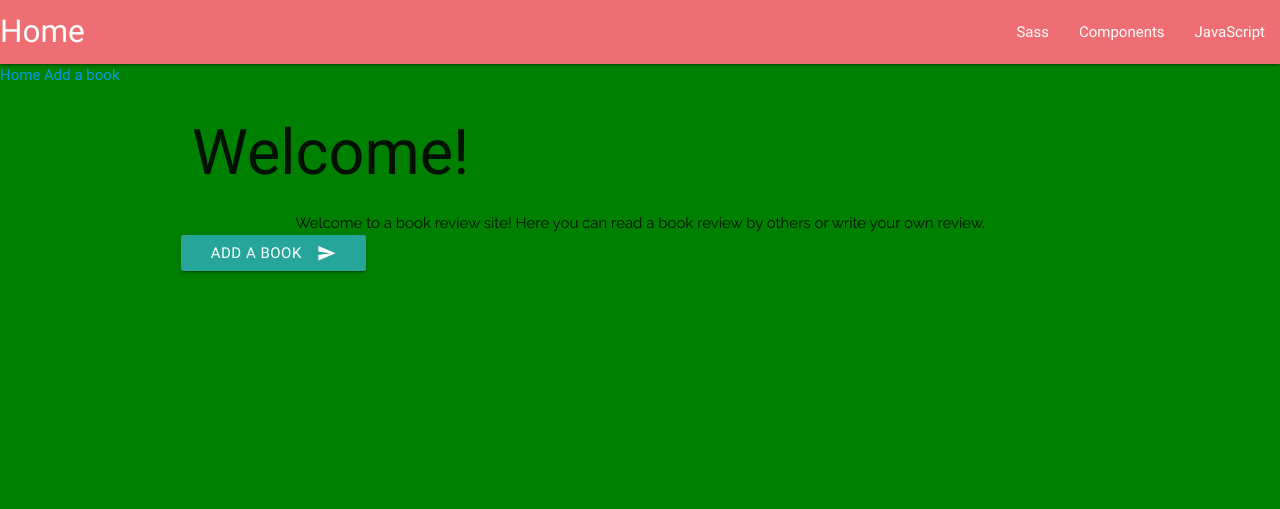
Repository: h8130084/bookReview
Page: http://localhost/
The author's editor kept a record of every edit. The page is drawn from the files as they stood at one moment, then again after the next edit.
The browser window is 1280 px wide. The pictures show the whole page.
Some web libraries are served in a nearby version. The page is served by the project's application, run on Flask 3 (app.py). Queries for data that is not in the repository find no rows.

Above is the page before.
Console error: ReferenceError: M is not defined

### templates/books.html
{% extends 'base.html' %} {% block content %}

<div class="wrapper">
    <h1> Welcome!</h1>
    <div class="sub-heading" "row"> Welcome to a book review site! Here you can read a book review by others or write your own review.</div>












 <div class="row">
     {% for book in books%}
     <ul class="collection with-header">

        <li class="collection-item"><div>{{book.Title}}<a <a href="{{url_for('book_info', book_id=book._id)}}" class="secondary-content"><i class="material-icons"></i></a></div></li>
       {% endfor %}
      </ul>







        <div class="row" "addBookButton">
            <form action="{{url_for('add_book')}}" class="col s12">
                <button class="btn waves-effect waves-light" type="submit" name="action">add a book
                <i class="material-icons right">send</i>
            </button>
            </form>
        </div>

    </div>
</div>

{% endblock %}

### templates/base.html
<!DOCTYPE html>
<html lang="en">

<head>
    <meta charset="UTF-8">
    <meta name="viewport" content="width=device-width, initial-scale=1.0">
    <meta http-equiv="X-UA-Compatible" content="ie=edge">

<!-- taken from google fonts, materilaize and cdnjs -->
    <link href="https://fonts.googleapis.com/icon?family=Material+Icons" rel="stylesheet">
    <link href="https://fonts.googleapis.com/css?family=Raleway&display=swap" rel="stylesheet">
    <link rel="stylesheet" href="https://cdnjs.cloudflare.com/ajax/libs/materialize/0.100.2/css/materialize.min.css">
    <link rel="stylesheet" href="{{url_for('static', filename='style.css')}}" type="text/css" />

    <title>Document</title>
</head>

<body>
    <header>
         <nav>
    <div class="nav-wrapper">
      <a href="{{url_for('get_books')}}" class="brand-logo">Home</a>
      <ul id="nav-mobile" class="right hide-on-med-and-down">
        <li><a href="sass.html">Sass</a></li>
        <li><a href="badges.html">Components</a></li>
        <li><a href="collapsible.html">JavaScript</a></li>
      </ul>
    </div>
  </nav>
		<div id="navbar" class="col s12">
			<a href="{{url_for('get_books')}}">Home</a>
			<a href="{{url_for('add_book')}}">Add a book</a>
		</div>
    </header>


    <div class="container">
        {% block content %} {% endblock %}

        <script src="https://cdnjs.cloudflare.com/ajax/libs/jquery/3.2.1/jquery.min.js"></script>
        <script src="https://cdnjs.cloudflare.com/ajax/libs/materialize/0.100.2/js/materialize.min.js"></script>
        <script type="text/javascript">
            $(document).ready(function() {
                $('.tabs').tabs();
                $('#Review').val('New Text');
                M.textareaAutoResize($('#Review'));

            });

        </script>
    </div>
</body>


</html>

### app.py
import os
from flask import Flask, render_template, redirect, request, url_for
from flask_pymongo import PyMongo
from bson.objectid import ObjectId
import env

app = Flask(__name__)

app.config["MONGO_DBNAME"] = 'book_review'
app.config["MONGO_URI"] = env.MONGO_URI


mongo = PyMongo(app)

@app.route('/')
@app.route('/ get_books')
def get_books():
     return render_template("books.html", books=mongo.db.book_details.find())

@app.route('/edit_book/<book_id>')
def edit_book(book_id):
    the_book = mongo.db.book_details.find_one({"_id": ObjectId(book_id)})
    all_categories = mongo.db.categories.find()
    return render_template('editbook.html', book=the_book, categories=all_categories)

@app.route('/update_book/<book_id>', methods=["POST"])
def update_book(book_id):
    books = mongo.db.book_details
    books.update( {'_id': ObjectId(book_id)},
    {
        'Title': request.form.get('Title'),
        'Author': request.form.get('Author'),
        'Genre': request.form.get('Genre'),
        'Year': request.form.get('Year'),
        'Image_URL': request.form.get('Image_URL'),
        'Amazon': request.form.get('Amazon'),
        'Review': request.form.get('Review')
    })
    return redirect(url_for('get_books'))

#book details page
@app.route('/book_info/<book_id>')
def book_info(book_id):
    the_book = mongo.db.book_details.find_one({"_id": ObjectId(book_id)})
    all_categories = mongo.db.categories.find()
    return render_template('bookdetails.html', book=the_book, categories=all_categories)

# displays add books page
@app.route('/add_book')
def add_book():
    return render_template('addbook.html')

#  takes the details from the form and adds the book to the database, then redirects to home page
@app.route('/insert_book', methods=['POST'])
def insert_book():

    new_book = {
        'Title': request.form.get('Title'),
        'Author': request.form.get('Author'),
        'Genre': request.form.get('Genre'),
        'Year': request.form.get('Year'),
        'Image_URL': request.form.get('Image_URL'),
        'Amazon': request.form.get('Amazon'),
        'Review': request.form.get('Review'),
        'upvotes': 0,
    }

    books = mongo.db.book_details
    books.insert_one(new_book)
    # ----- get books should be home page to display that the book just added is present
    return redirect(url_for('get_books'))

# delete the book
@app.route('/delete_book/<book_id>')
def delete_book(book_id):
    mongo.db.book_details.remove({'_id': ObjectId(book_id)})
    return redirect(url_for('get_books'))


if __name__ == '__main__':
    app.run(host=os.environ.get('IP'),
    port=int(os.environ.get('PORT')),
    debug=True)

### static/style.css
@import url('https://fonts.googleapis.com/css?family=Raleway&display=swap');
body{
    background-color: green;
}

.books{
   background-color: red;
 }

.sub-heading {
  font-family: 'Raleway', sans-serif;
  text-align: center;
}

After the next edit:
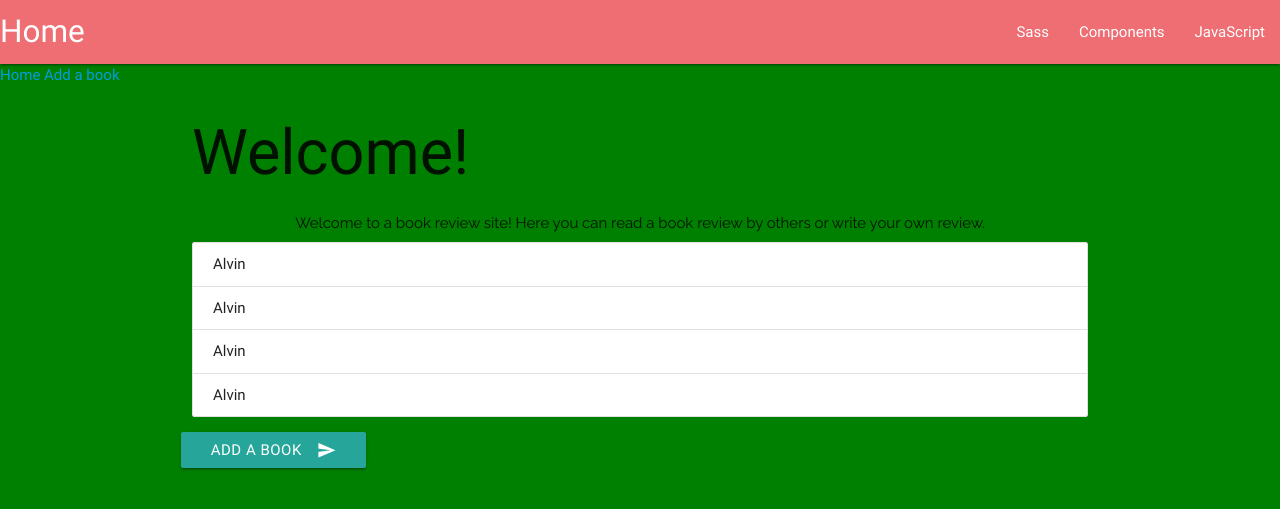
The edit:
--- a/templates/books.html
+++ b/templates/books.html
@@ -8,7 +8,12 @@
 
 
 
-
+        <ul class="collection">
+      <li class="collection-item">Alvin</li>
+      <li class="collection-item">Alvin</li>
+      <li class="collection-item">Alvin</li>
+      <li class="collection-item">Alvin</li>
+    </ul>
 
 
 

After the 2 edits that followed:
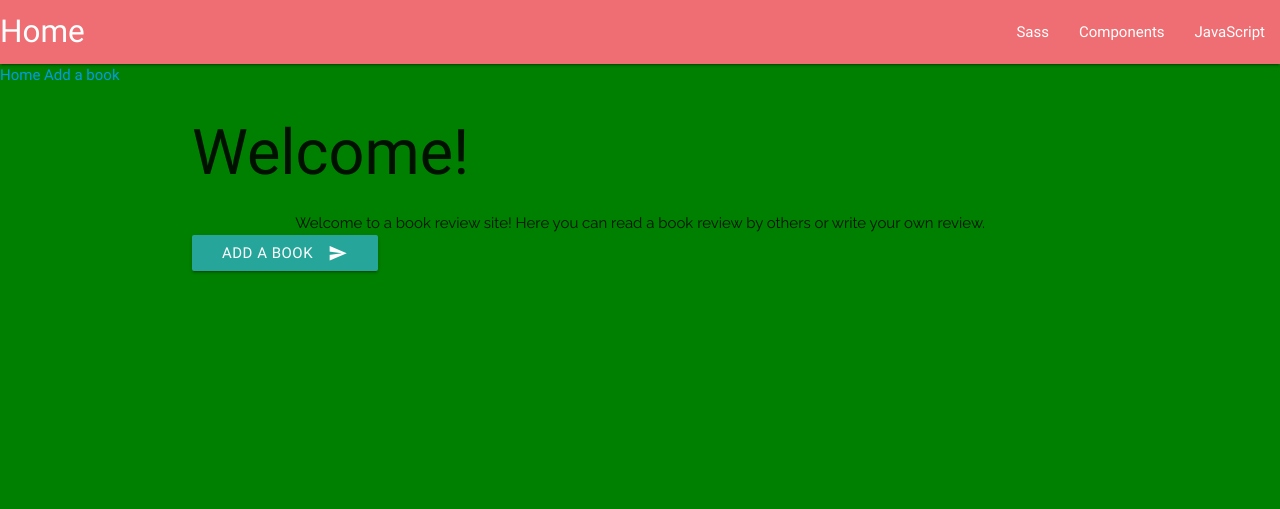
The 2 edits are shown as one change because 1 did not build or start.
The edit:
--- a/templates/books.html
+++ b/templates/books.html
@@ -6,7 +6,7 @@
 
 
 
-
+          {% for book in books%}
 
         <ul class="collection">
       <li class="collection-item">Alvin</li>
@@ -21,7 +21,7 @@
 
 
  <div class="row">
-     {% for book in books%}
+
      <ul class="collection with-header">
 
         <li class="collection-item"><div>{{book.Title}}<a <a href="{{url_for('book_info', book_id=book._id)}}" class="secondary-content"><i class="material-icons"></i></a></div></li>
